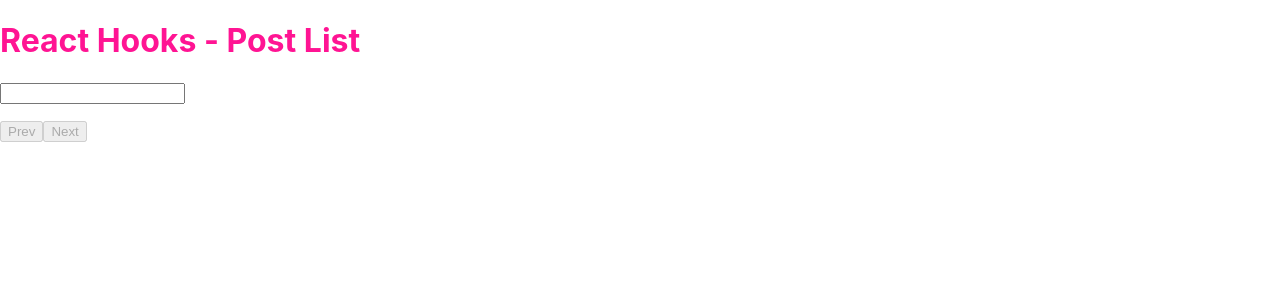
Repository: trongtamdev/react-hooks-basic
Page: /
The author's editor kept a copy of each file at every save. The page is drawn from the files as they stood at one save, then again after the next save.
The browser window is 1280 px wide. The pictures show the whole page.
The page's requests for data from a server got no answer. The project was rebuilt for these pictures with package versions that can differ from the ones it lists, and the page was loaded fresh each time. No one was signed in, and anything a server would have sent is missing. Also part of the build but not shown: src/components/ColorBox/ColorBox.scss, src/components/ColorBox/index.jsx, src/components/TodoList/index.jsx, src/components/TodoForm/index.jsx.

Above is the page before, as saved 2022-09-06 09:49:41.

After the next save:
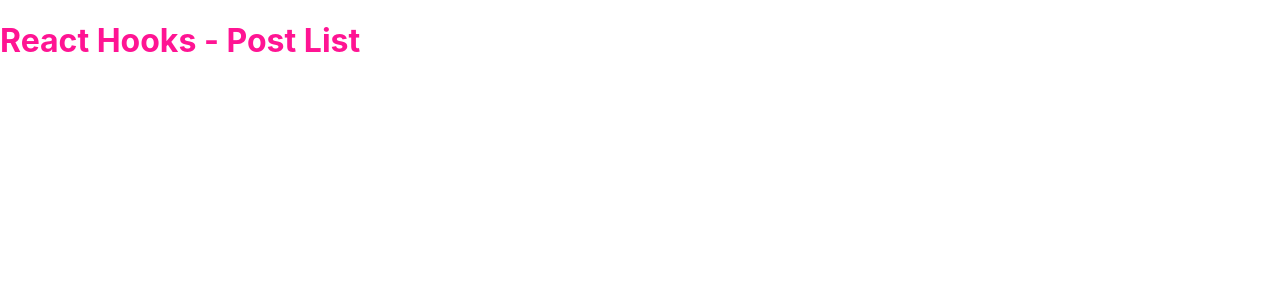
Saved 23 s later.
--- a/src/App.js
+++ b/src/App.js
@@ -98,12 +98,12 @@ function App() {
       {/* <TodoForm onSubmit={handleTodoFormSubmit}/> */}
       {/* <TodoList todos={todoList} onTodoClick={handleTodoClick}/> */}
 
-      <PostFiltersForm onSubmit={handleFiltersChange}/>
+      {/* <PostFiltersForm onSubmit={handleFiltersChange}/>
       <PostList posts={postList} />
       <Pagination
         pagination={pagination}
         onPageChange={handlePageChange}
-      />
+      /> */}
 
 
       {/* <ColorBox /> */}
